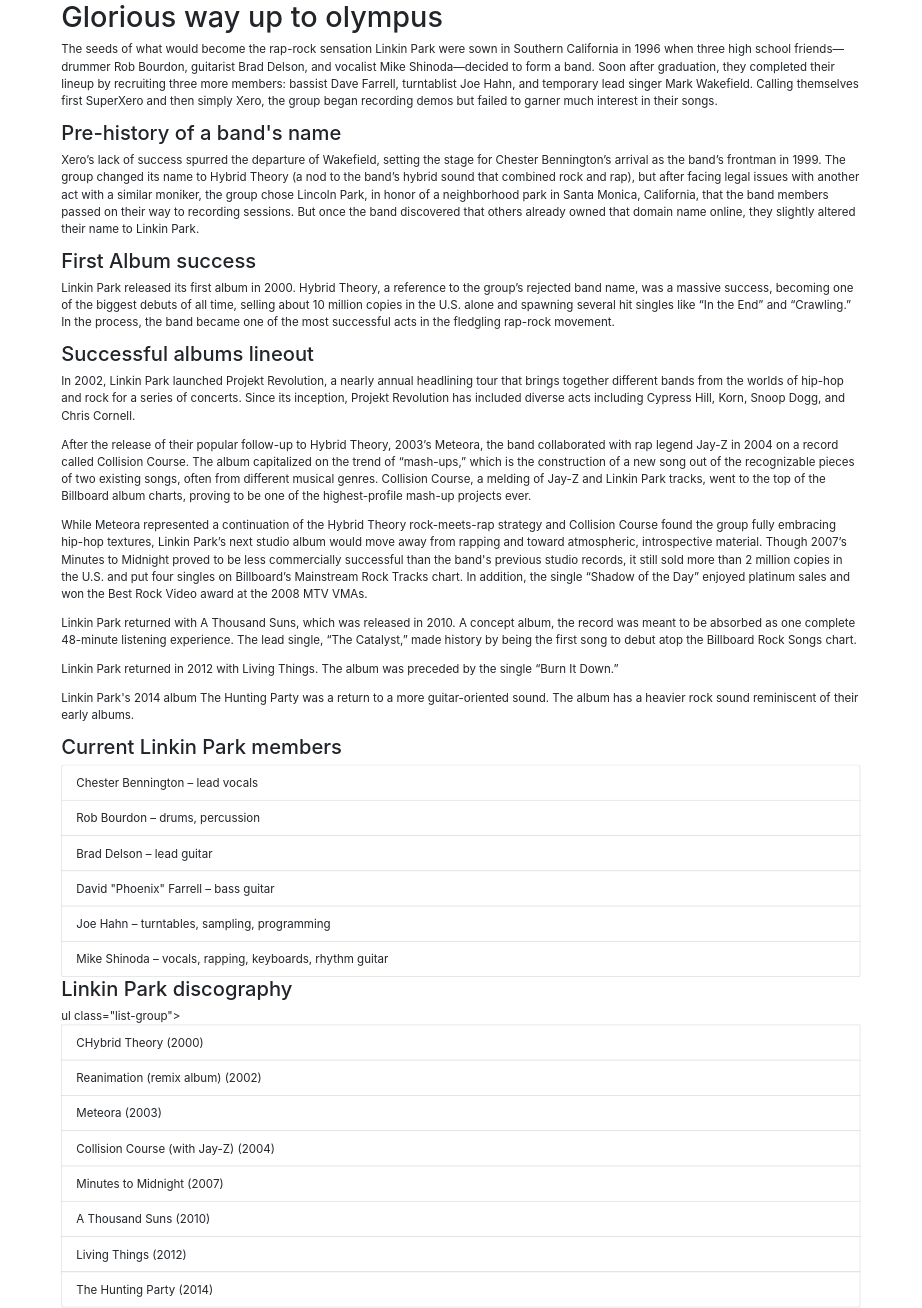
Repository: vaida898/website
Page: index.html
The author's editor kept a record of every edit. The page is drawn from the files as they stood at one moment, then again after the next edit.
The browser window is 1280 px wide. The pictures show the whole page, at 72% of full size.

Above is the page before.
Console error: TypeError: Cannot read properties of undefined (reading 'fn')

### index.html
<!DOCTYPE html>
<html lang="en">
<head>
    <meta charset="UTF-8">
    <meta name="viewport" content="width=device-width, initial-scale=1.0">
    <meta http-equiv="X-UA-Compatible" content="ie=edge">
    <title>LinkinPark website</title>
</head>
    <link rel="stylesheet" href="https://stackpath.bootstrapcdn.com/bootstrap/4.3.1/css/bootstrap.min.css" integrity="sha384-ggOyR0iXCbMQv3Xipma34MD+dH/1fQ784/j6cY/iJTQUOhcWr7x9JvoRxT2MZw1T" crossorigin="anonymous">
    <script src="https://stackpath.bootstrapcdn.com/bootstrap/4.3.1/js/bootstrap.min.js" integrity="sha384-JjSmVgyd0p3pXB1rRibZUAYoIIy6OrQ6VrjIEaFf/nJGzIxFDsf4x0xIM+B07jRM" crossorigin="anonymous"></script>
<body>
    <article class="container">
        <section class="About Us">
            <h1>Glorious way up to olympus</h1>
            <p>The seeds of what would become the rap-rock sensation Linkin Park
                were sown in Southern California in 1996 when three high school friends—drummer Rob Bourdon,
                guitarist Brad Delson, and vocalist Mike Shinoda—decided to form a band. Soon after graduation,
                they completed their lineup by recruiting three more members: bassist Dave Farrell, turntablist Joe Hahn,
                and temporary lead singer Mark Wakefield. Calling themselves first SuperXero and then simply Xero,
                the group began recording demos but failed to garner much interest in their songs.</p>

            <h3>Pre-history of a band's name</h3>
            <p>Xero’s lack of success spurred the departure of Wakefield,
                setting the stage for Chester Bennington’s arrival as the band’s frontman in 1999.
                The group changed its name to Hybrid Theory (a nod to the band’s hybrid sound that combined rock and rap),
                but after facing legal issues with another act with a similar moniker, the group chose Lincoln Park,
                in honor of a neighborhood park in Santa Monica, California, that the band members passed on their way to recording sessions.
                But once the band discovered that others already owned that domain name online, they slightly altered their name to Linkin Park.</p>

            <h3>First Album success</h3>
            <p>Linkin Park released its first album in 2000.
                Hybrid Theory, a reference to the group’s rejected band name, was a massive success,
                becoming one of the biggest debuts of all time, selling about 10 million copies in the U.S.
                alone and spawning several hit singles like “In the End” and “Crawling.” In the process,
                 the band became one of the most successful acts in the fledgling rap-rock movement.</p>

            <h3>Successful albums lineout</h3>
            <p>In 2002, Linkin Park launched Projekt Revolution,
                a nearly annual headlining tour that brings together different bands from the worlds of hip-hop and rock for a series of concerts.
                Since its inception, Projekt Revolution has included diverse acts including Cypress Hill, Korn, Snoop Dogg, and Chris Cornell.</p>

            <p>After the release of their popular follow-up to Hybrid Theory,
                2003’s Meteora, the band collaborated with rap legend Jay-Z in 2004 on a record called Collision Course.
                The album capitalized on the trend of “mash-ups,” which is the construction of a new song out of the recognizable pieces of two existing songs,
                often from different musical genres. Collision Course, a melding of Jay-Z and Linkin Park tracks, went to the top of the Billboard album charts,
                proving to be one of the highest-profile mash-up projects ever.</p>

            <p>While Meteora represented a continuation of the Hybrid Theory rock-meets-rap strategy and Collision Course found the group fully embracing hip-hop textures,
                Linkin Park’s next studio album would move away from rapping and toward atmospheric, introspective material.
                Though 2007’s Minutes to Midnight proved to be less commercially successful than the band's previous studio records,
                it still sold more than 2 million copies in the U.S. and put four singles on Billboard’s Mainstream Rock Tracks chart.
                In addition, the single “Shadow of the Day” enjoyed platinum sales and won the Best Rock Video award at the 2008 MTV VMAs.</p>

            <p>Linkin Park returned with A Thousand Suns, which was released in 2010. A concept album,
                the record was meant to be absorbed as one complete 48-minute listening experience. The lead single,
                “The Catalyst,” made history by being the first song to debut atop the Billboard Rock Songs chart.</p>

            <p>Linkin Park returned in 2012 with Living Things. The album was preceded by the single “Burn It Down.”</p>

            <p>Linkin Park's 2014 album The Hunting Party was a return to a more guitar-oriented sound. The album has a heavier rock sound reminiscent of their early albums.</p>

            <h3>Current Linkin Park members</h3>
                <ul class="list-group">
                  <li class="list-group-item">Chester Bennington – lead vocals</li>
                  <li class="list-group-item">Rob Bourdon – drums, percussion</li>
                  <li class="list-group-item">Brad Delson – lead guitar</li>
                  <li class="list-group-item">David "Phoenix" Farrell – bass guitar</li>
                  <li class="list-group-item">Joe Hahn – turntables, sampling, programming</li>
                  <li class="list-group-item">Mike Shinoda – vocals, rapping, keyboards, rhythm guitar</li>
                </ul>

            <h3>Linkin Park discography</h3>
                ul class="list-group">
                  <li class="list-group-item">CHybrid Theory (2000)</li>
                  <li class="list-group-item">Reanimation (remix album) (2002)</li>
                  <li class="list-group-item">Meteora (2003)</li>
                  <li class="list-group-item">Collision Course (with Jay-Z) (2004)</li>
                  <li class="list-group-item">Minutes to Midnight (2007)</li>
                  <li class="list-group-item">A Thousand Suns (2010)</li>
                  <li class="list-group-item">Living Things (2012)</li>
                  <li class="list-group-item">The Hunting Party (2014)</li>
                </ul>
        </section>
    </article>

</body>
</html>

After the next edit:
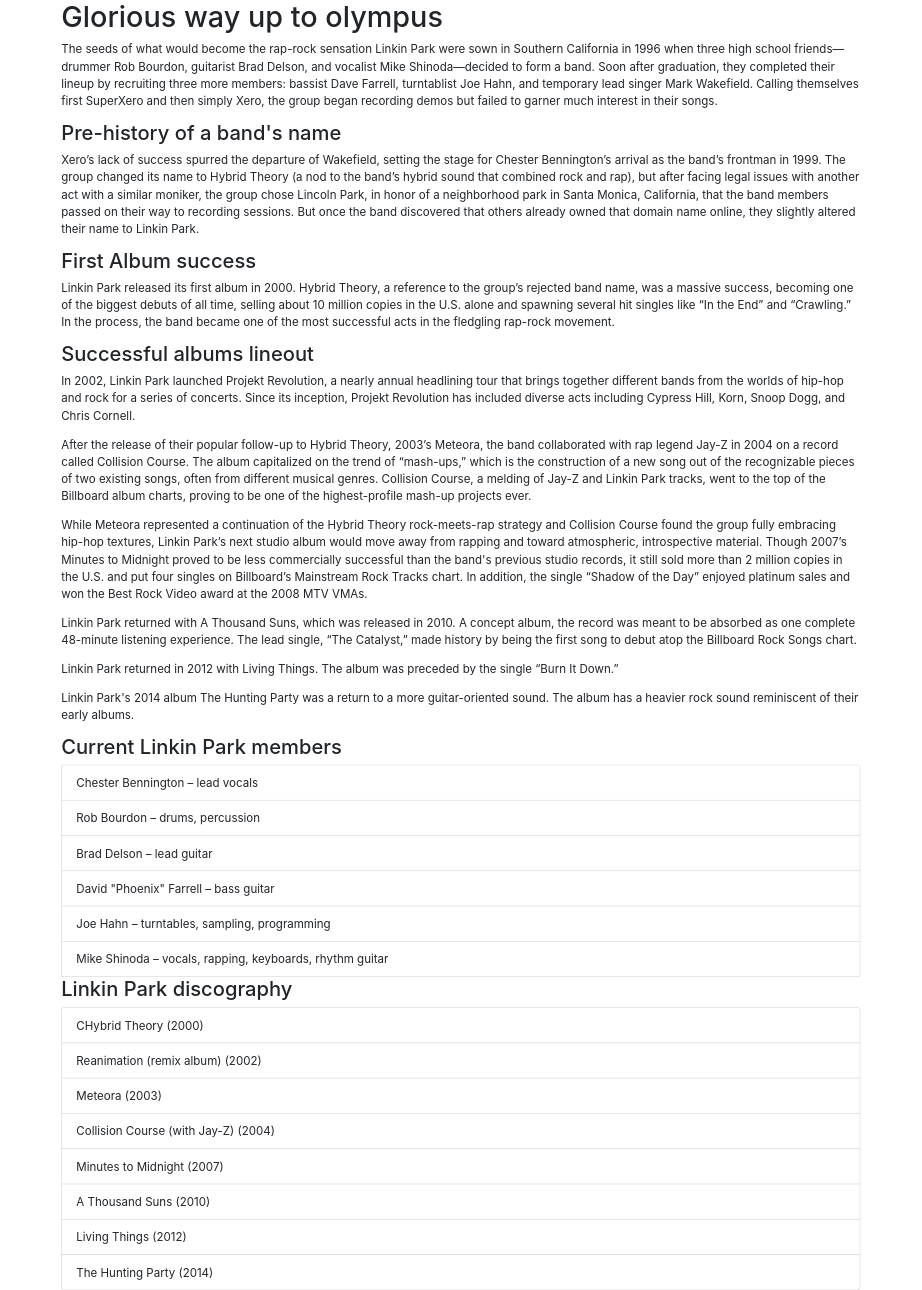
The edit:
--- a/index.html
+++ b/index.html
@@ -70,7 +70,7 @@
                 </ul>
 
             <h3>Linkin Park discography</h3>
-                ul class="list-group">
+                <ul class="list-group">
                   <li class="list-group-item">CHybrid Theory (2000)</li>
                   <li class="list-group-item">Reanimation (remix album) (2002)</li>
                   <li class="list-group-item">Meteora (2003)</li>
